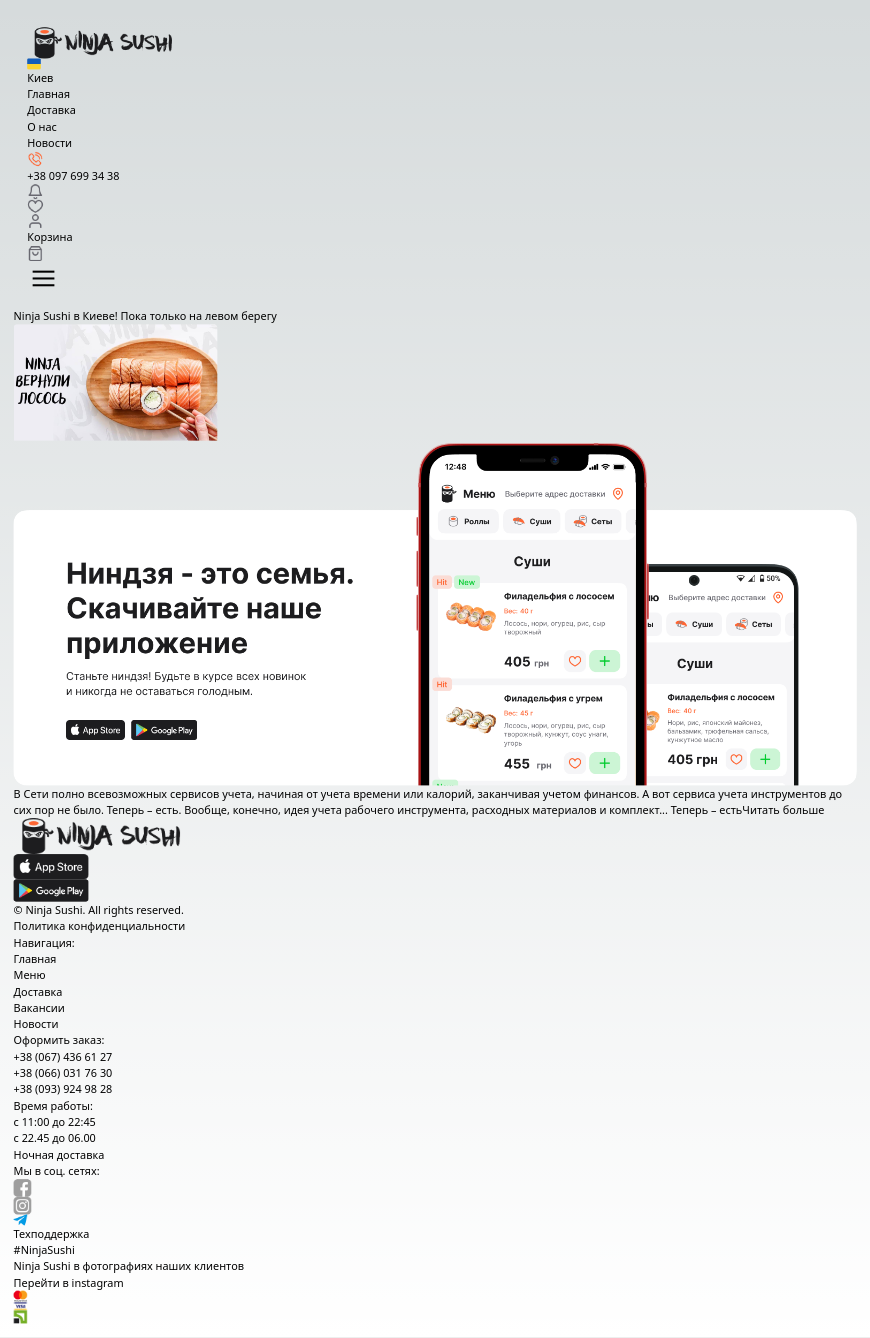
Repository: shokirovG/loyiha
Page: /News
The author's editor kept a copy of each file at every save. The page is drawn from the files as they stood at one save, then again after the next save.
The browser window is 1280 px wide. The pictures show the whole page, at 68% of full size.
The project was rebuilt for these pictures with package versions that can differ from the ones it lists, and the page was loaded fresh each time. The framework's server and built-in components were replaced by stand-ins that run in the browser. Also part of the build but not shown: next.config.js, Components/Categories.jsx, Components/OpenNav.jsx.

Above is the page before, as saved 2023-07-01 13:38:41.

After the next save:
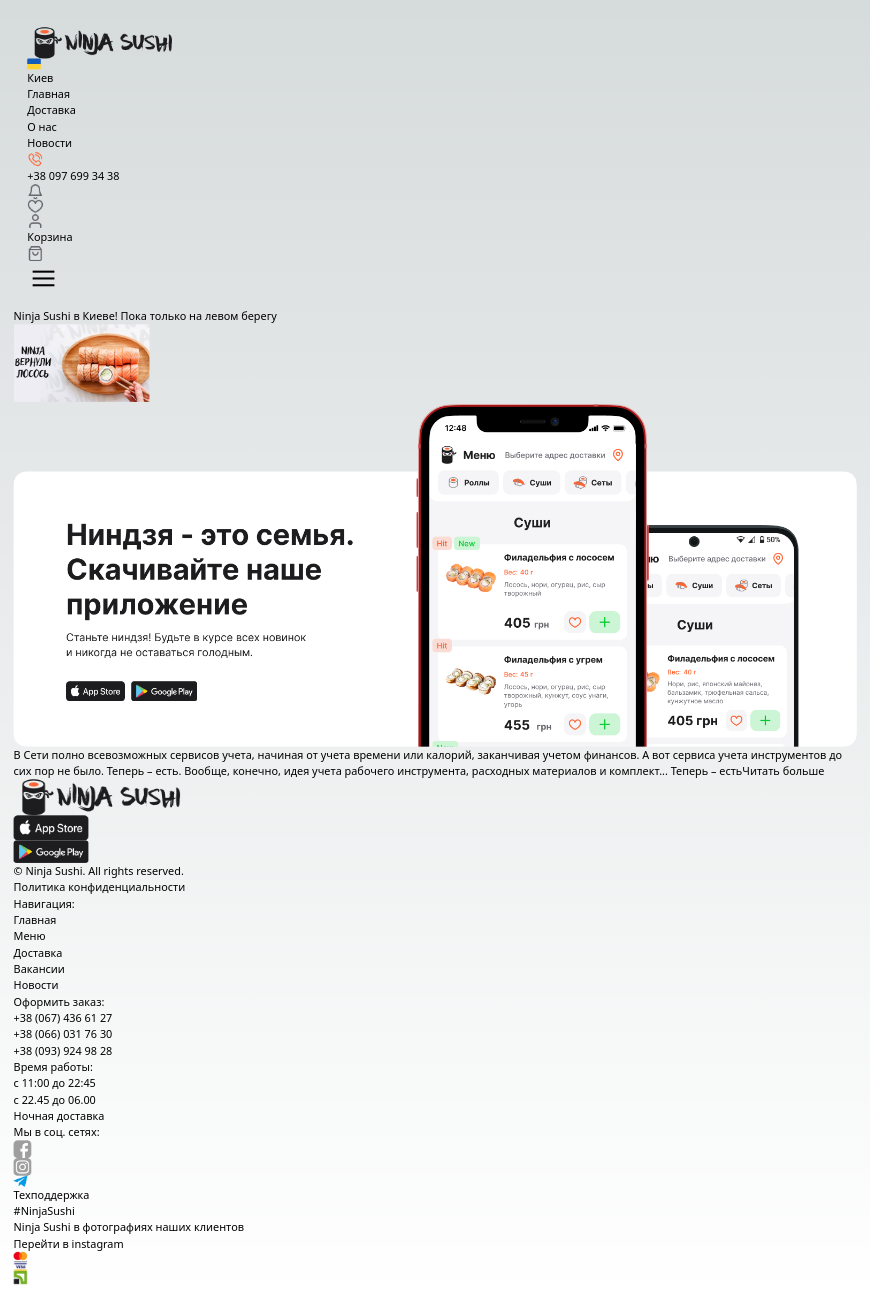
Saved 4 s later.
--- a/Components/Slider.js
+++ b/Components/Slider.js
@@ -20,7 +20,7 @@
           <Image
             className="w-[300px]"
             src={"/imgs/new.png"}
-            width={300}
+            width={200}
             height={336}
           />
         </div>
